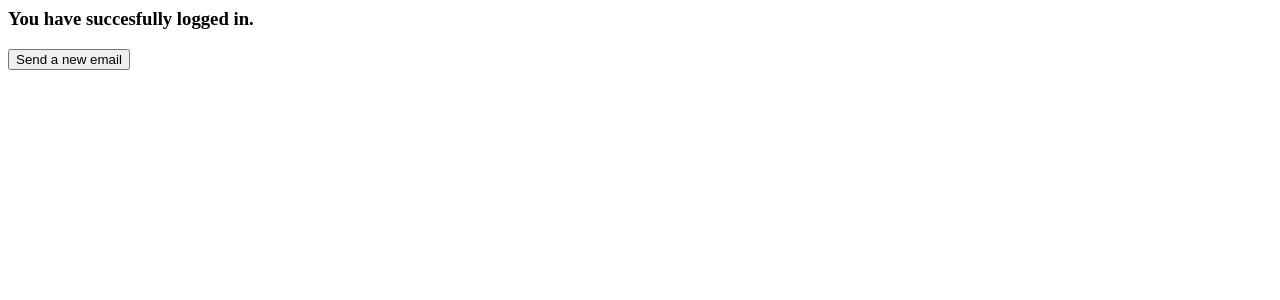
Repository: ciprianchistruga/project
Page: workspace/php/LoginSuccess.html
The author's editor kept a record of every edit. The page is drawn from the files as they stood at one moment, then again after the next edit.
The browser window is 1280 px wide. The pictures show the whole page.

Above is the page before.

### workspace/php/LoginSuccess.html
<section>
        <div class="col-md-offset-3">

            <h3 class="text-info">You have succesfully logged in.</h1>

            <div class="input-group-btn col-md-offset-5">
                    <button class="btn btn-default" type="submit" name="submit">Send a new email</button>
            </div>
        </div>
        <br/>
        <br/>
        <br/>
</section>

After the next edit:
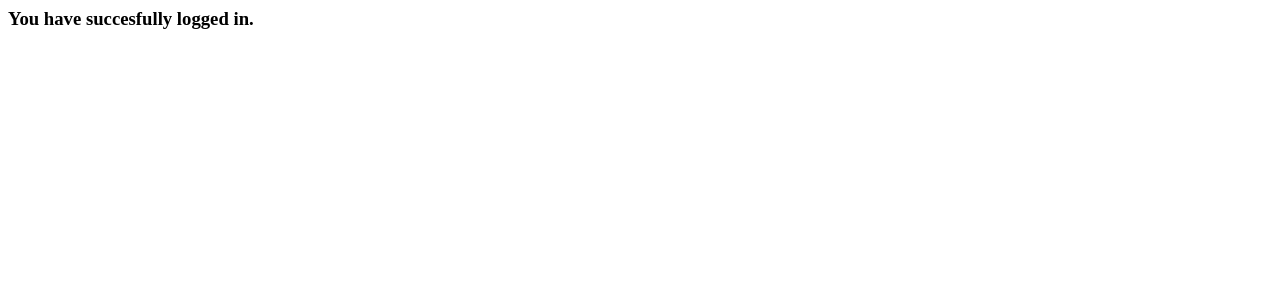
The edit:
--- a/workspace/php/LoginSuccess.html
+++ b/workspace/php/LoginSuccess.html
@@ -3,9 +3,6 @@
 
             <h3 class="text-info">You have succesfully logged in.</h1>
 
-            <div class="input-group-btn col-md-offset-5">
-                    <button class="btn btn-default" type="submit" name="submit">Send a new email</button>
-            </div>
         </div>
         <br/>
         <br/>
